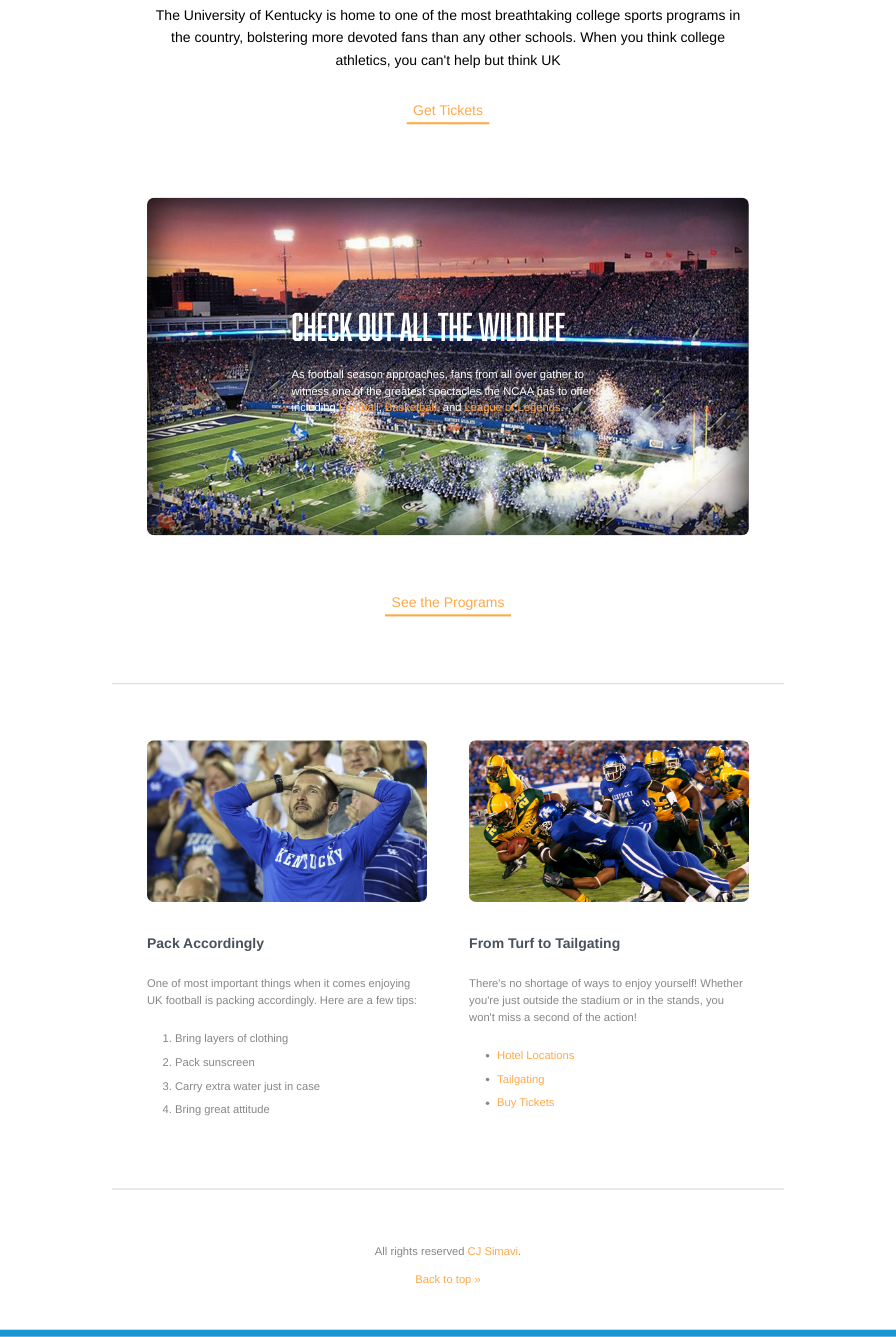
Repository: CalamityJayen/sportsball
Page: index.html
The author's editor kept a record of every edit. The page is drawn from the files as they stood at one moment, then again after the next edit.
The browser window is 1280 px wide. The pictures show the part of the page from y = 891 to 2811 px (the page is 2801 px tall before and 2811 px after), at 70% of full size.

Above is the page before.

### index.html
<!DOCTYPE html>
<html>
  <head>
    <title>Lake Tahoe</title>
    <link rel="stylesheet" href="css/style.css">
    <meta name="viewport" content="width=device-width">
  </head>
  <body>
    <header id="top" class="main-header">
      <span class="title">UK Art Musem Presents</span>
      <h1>Videos For A Stadium</h1>
      <img class="arrow" src="img/arrow.svg" alt="Down arrow">
    </header>

		<div class="primary-content t-border">
			<p class="intro">
				The University of Kentucky is home to one of the most breathtaking college sports programs in the country, bolstering more devoted fans than any other schools. When you think college athletics, you can't help but think UK
			</p>
			<a class="callout" href="#more">Get Tickets</a>

      <div class="wildlife">
        <h2>Check out all the Wildlife</h2>
        <p>
          As football season approaches, fans from all over gather to witness one of the greatest spectacles the NCAA has to offer including <a href="#beets">Football</a>, <a href="#bears">Basketball</a>, and <a href="#battlestarGalactica">League of Legends</a>.
        </p>
      </div><!-- End .wildlife -->

			<a class="callout" href="#wildlife">See the Programs</a>
		</div><!-- End .primary-content -->

		<div class="secondary-content t-border group">
      <div class="resorts">
        <img src="img/resort.jpg" alt="Resort">
        <h3>From Turf to Tailgating</h3>
        <p>
          There's no shortage of ways to enjoy yourself! Whether you're just outside the stadium or in the stands, you won't miss a second of the action!
        </p>
        <ul>
          <li><a href="#hotels">Hotel Locations</a></li>
          <li><a href="#tailgating">Tailgating</a></li>
          <li><a href="#tickets">Buy Tickets</a></li>
        </ul>
      </div>

      <div class="tips">
        <img src="img/mtn-landscape.jpg" alt="Mountain Landscape">
        <h3>Pack Accordingly</h3>
        <p>
          One of most important things when it comes enjoying UK football is packing accordingly. Here are a few tips:
        </p>
        <ol>
          <li>Bring layers of clothing</li>
          <li>Pack sunscreen</li>
          <li>Carry extra water just in case</li>
          <li>Bring great attitude</li>
        </ol>
      </div>
		</div><!-- End .secondary-content -->

		<footer class="main-footer">
			<p>All rights reserved <a href="#">CJ Simavi</a>.</p>
			<a href="#top">Back to top &raquo;</a>
		</footer>
  </body>
</html>

### css/style.css
/* Web Fonts -------------------- */

@font-face {
  font-family: 'Abolition Regular';
  src: url('../fonts/abolition-regular-webfont.eot');
  src: url('../fonts/abolition-regular-webfont.eot?#iefix') format('embedded-opentype'),
       url('../fonts/abolition-regular-webfont.woff') format('woff'),
       url('../fonts/abolition-regular-webfont.ttf') format('truetype');
}

/* Base Styles -------------------- */

* {
  box-sizing: border-box;
}

body {
  color: #878787;
  margin: 0;
  font: 1em/1.5 "Helvetica Neue", Helvetica, Arial, sans-serif;
}

h1,
h2 {
  font-family: 'Abolition Regular', Helvetica, Arial, sans-serif;
}

h1 {
  font-size: 5.625rem; /* 90px/16px  */
  text-transform: uppercase;
  font-weight: normal;
  line-height: 1.3;
  text-shadow: 0 1px 1px rgba(0,0,0,.8);
  margin: 12px 0 0;
}

h2 {
  font-size: 3.3125em; /* 53px/16px  */
  font-weight: normal;
  line-height: 1.1;
  margin: 0 0 .5em; /* 0 0 26px */
}

h3 {
  font-size: 1.25em; /* 20px/16px  */
  color: #48525c;
  line-height: 1.2;
  margin-bottom: 1.7em; /* 34px */
}

img {
  max-width: 100%;
  margin-bottom: 20px;
  border-radius: 10px;
}

ul,
ol {
  margin: 30px 0;
}

li {
  margin-bottom: 10px;
}

/* Pseudo-classes ------------------ */

a:link {
  color: rgb(255, 169, 73);
  text-decoration: none;
}

a:visited {
  color: lightblue;
}

a:hover {
  color: rgba(255, 169, 73, .4);
}

a:active {
  color: lightcoral;
}

/* Main Styles --------------------- */

.main-header {
  padding-top: 170px;
  height: 850px;
  background: linear-gradient(#1897d4, transparent 90%),
              linear-gradient(0deg, #fff, transparent),
              #1897d4 url('../img/mountains.jpg') no-repeat center;
  background-size: cover;
  color: white;
}

.title {
  font-size: 1.625rem; /* 26px/16px */
  letter-spacing: .065em;
  font-weight: 200;
  border-bottom: 2px solid;
  padding-bottom: 10px;
}

.intro {
  font-size: 1.25em; /* 20px/16px */
  line-height: 1.6;
  color: initial;
}

.primary-content,
.main-header,
.main-footer {
  text-align: center;
}

.primary-content {
	padding-top: 25px;
  padding-bottom: 95px;
}

.secondary-content {
	padding-top: 80px;
	padding-bottom: 70px;
  border-bottom: 2px solid #dfe2e6;
}

.callout {
  font-size: 1.25em;
  border-bottom: 3px solid;
  padding: 0 9px 3px;
  margin-top: 20px;
  display: inline-block;
}

.main-footer {
  padding-top: 60px;
  padding-bottom: 60px;
  border-bottom: 10px solid #1897d4;
}

.t-border {
  border-top: 2px solid #dfe2e6;
}

/* Layout Styles ------------------ */

.primary-content,
.secondary-content {
  width: 75%;
  padding-left: 50px;
  padding-right: 50px;
  margin: auto;
  max-width: 960px;
}

.wildlife {
  color: white;
  text-align: left;
  padding: 18% 24%;
  border-top: 10px solid ##1897d4;
  margin: 105px 0 60px;
  background: #434a52 url('../img/bear.jpg') no-repeat center;
  background-size: cover;
  box-shadow: inset 0 0 50px 10px rgba(0,0,0, .8);
  border-radius: 10px;
}

.arrow {
  width: 50px;
  margin-top: 150px;
}

/* Floated Columns ------------------ */

.resorts,
.tips {
  width: 46.5%;
}

.tips {
  float: left;
}

.resorts {
  float: right;
}

/* Float Clearfix ------------------ */

.group:after {
  content: "";
  display: table;
  clear: both;
}

/* Media Queries -------------------- */

@media (max-width: 1024px) {
  .primary-content,
  .secondary-content {
    width: 90%;
  }
  .wildlife {
    padding: 10% 12%;
    margin: 50px 0 20px;
  }
}

@media (max-width: 768px) {
  .primary-content,
  .secondary-content {
    width: 100%;
    padding: 20px;
    border-top: none;
  }
  .main-header {
    max-height: 380px;
    padding: 50px 25px 0;
  }
  .title {
    font-size: 1.3rem;
    border: none;
  }
  h1 {
    font-size: 5rem;
    line-height: 1.1;
  }
  .arrow {
    display: none;
  }
  .intro {
    font-size: 1rem;
  }
  .resorts,
  .tips {
    float: none;
    width: 100%;
  }
  .main-footer {
    padding: 20px 0;
  }
}

After the next edit:
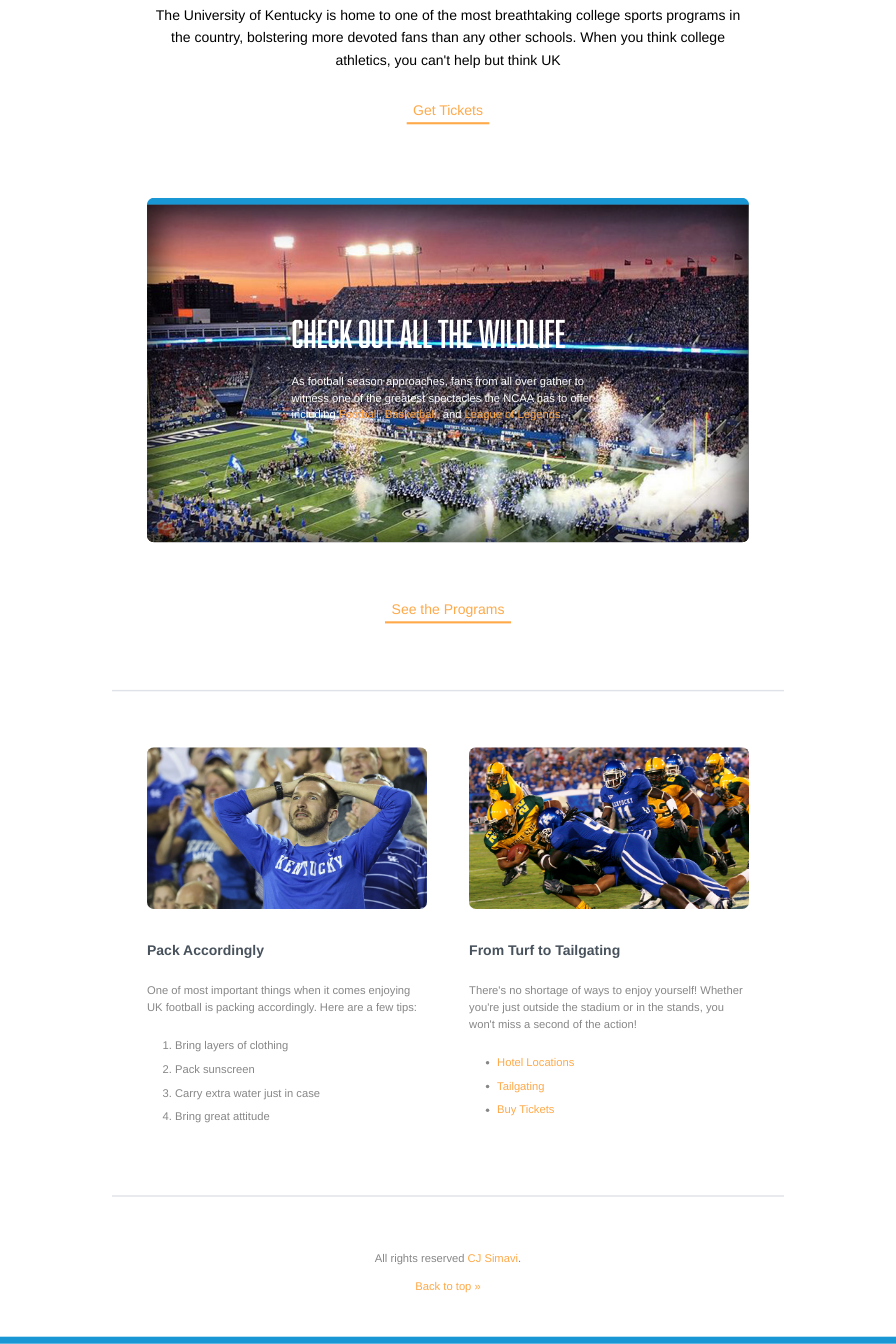
The edit:
--- a/css/style.css
+++ b/css/style.css
@@ -158,7 +158,7 @@
   color: white;
   text-align: left;
   padding: 18% 24%;
-  border-top: 10px solid ##1897d4;
+  border-top: 10px solid #1897d4;
   margin: 105px 0 60px;
   background: #434a52 url('../img/bear.jpg') no-repeat center;
   background-size: cover;
